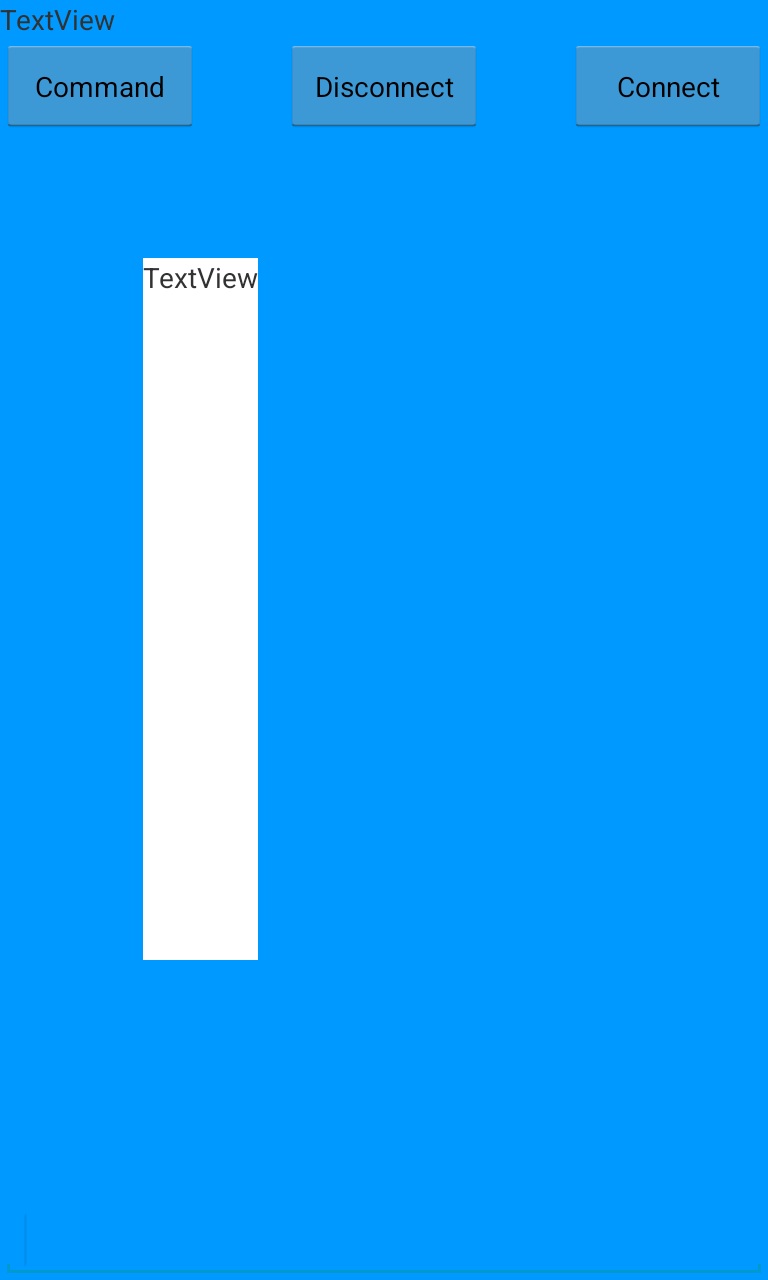
Repository: Clonedpirate/BtSshPwnPI
Layout: HackDroid/res/layout/terminal.xml
These files come from the project's save history. The layout is drawn as it stood at one moment and after the next save; the edit follows.
It is drawn on a 768 x 1280 px phone screen (xhdpi) without system bars, with theme AppTheme; the app's code is not run.

Above is the layout before, as saved 2014-06-19 16:30:23.

After the next save:
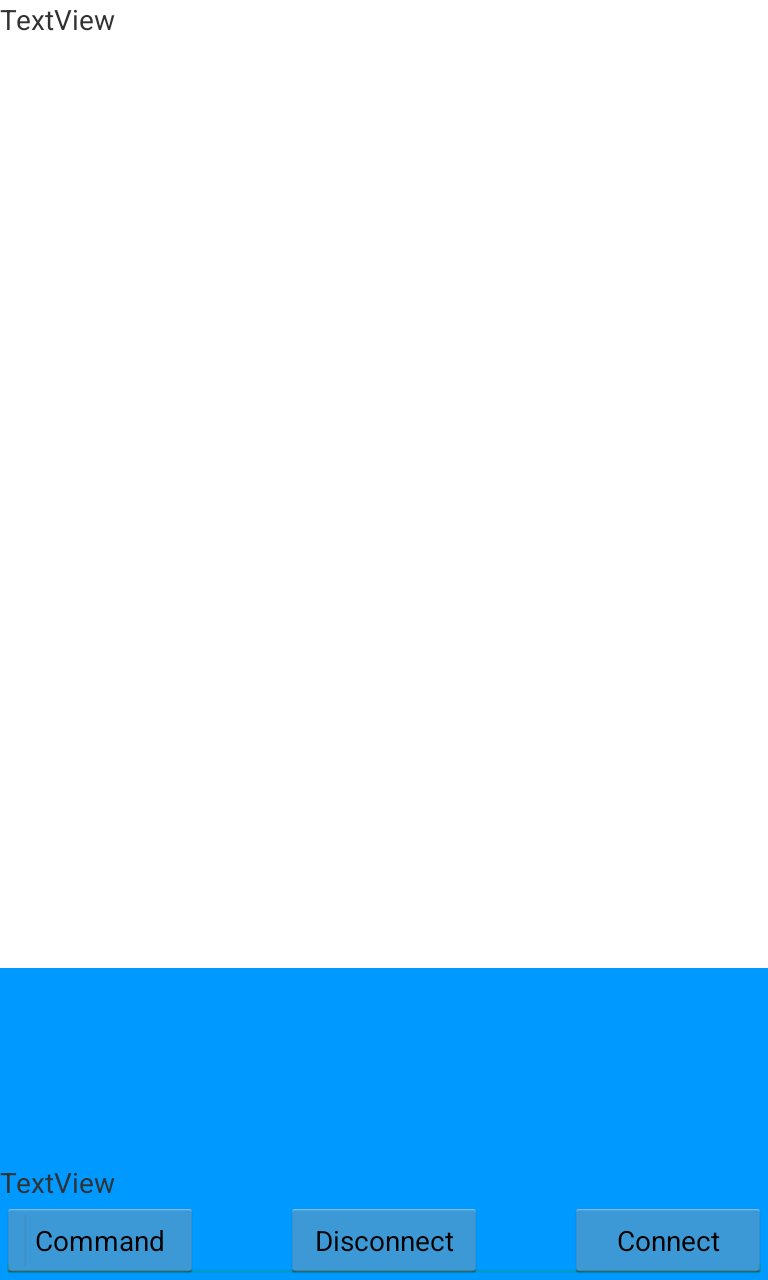
Saved 94 s later.
--- a/HackDroid/res/layout/terminal.xml
+++ b/HackDroid/res/layout/terminal.xml
@@ -4,15 +4,14 @@
     android:layout_height="match_parent"
     android:orientation="vertical" >
 
-
  <ScrollView
-        android:id="@+id/scrollView1"
-        android:layout_width="wrap_content"
-        android:layout_height="wrap_content"
-        android:layout_alignParentTop="true"
-        android:layout_marginLeft="14dp"
-        android:layout_marginTop="129dp"
-        android:layout_toRightOf="@+id/IPtext" >
+     android:id="@+id/scrollView1"
+     android:layout_width="wrap_content"
+     android:layout_height="wrap_content"
+     android:layout_above="@+id/IPtext"
+     android:layout_alignParentLeft="true"
+     android:layout_alignParentRight="true"
+     android:layout_alignParentTop="true" >
 
         <LinearLayout
             android:layout_width="match_parent"
@@ -20,29 +19,16 @@
             android:orientation="vertical" >
 
             <TextView
-        android:background="@color/white"
-        android:id="@+id/terminal"
-        android:layout_width="match_parent"
-        android:layout_height="351dp"
-        android:layout_alignParentLeft="true"
-        android:layout_alignParentTop="true"
-        android:text="TextView" />
-
-
-
-
+                android:id="@+id/terminal"
+                android:layout_width="match_parent"
+                android:layout_height="484dp"
+                android:layout_alignParentLeft="true"
+                android:layout_alignParentTop="true"
+                android:background="@color/white"
+                android:text="TextView" />
 
         </LinearLayout>
     </ScrollView>
-
-
-    <TextView
-        android:id="@+id/IPtext"
-        android:layout_width="wrap_content"
-        android:layout_height="wrap_content"
-        android:layout_alignParentLeft="true"
-        android:layout_below="@+id/terminal"
-        android:text="TextView" />
 
     <EditText
         android:id="@+id/editText1"
@@ -82,5 +68,12 @@
         android:layout_below="@+id/IPtext"
         android:text="Command" />
 
+    <TextView
+        android:id="@+id/IPtext"
+        android:layout_width="wrap_content"
+        android:layout_height="wrap_content"
+        android:layout_above="@+id/editText1"
+        android:layout_alignParentLeft="true"
+        android:text="TextView" />
 
 </RelativeLayout>
